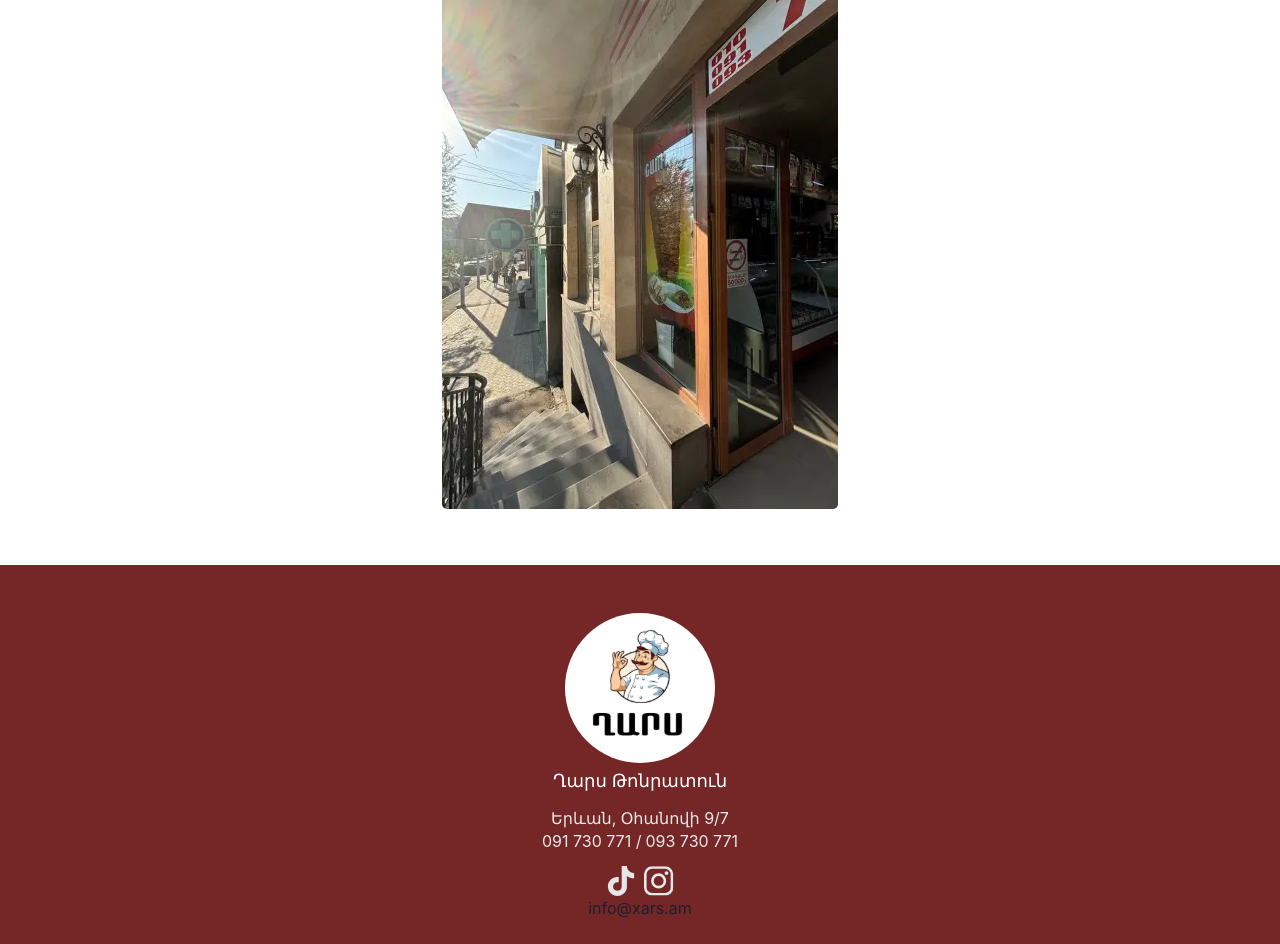
Repository: vahemar/xars
Page: /
The author's editor kept a copy of each file at every save. The page is drawn from the files as they stood at one save, then again after the next save.
The browser window is 1280 px wide. The pictures show the part of the page from y = 2454 to 3406 px (the page is 3398 px tall before and 3406 px after).
Some web fonts or font styles are not loaded; a fallback is used. Some web libraries are served in a nearby version. The project was rebuilt for these pictures with package versions that can differ from the ones it lists, and the page was loaded fresh each time. Also part of the build but not shown: vite.config.js, src/pages/Home/Delivery/index.jsx, src/pages/Menu/index.jsx.

Above is the page before, as saved 2025-06-18 00:40:06.

### index.html
<!doctype html>
<html lang="en">

<head>
  <meta charset="UTF-8" />
  <meta name="description" content="Ղարս Թոնրատուն - որակյալ սնունդ, մատչելի գներ Ղարս թոնրատանը" />
  <meta name="keywords" content="Ղարս Թոնրատուն, ձեր սիրելի թոնրատունը՝ 9, 7 Օհանովի փողոց, Երևան հասցեում" />
  <meta name="viewport" content="width=device-width, initial-scale=1.0" />
  <meta name="google-site-verification" content="C0qv3ZITlFUNR7viYanwiDDJmCASetbCN2-KpH32p_w" />
  <title>Ղարս Թոնրատուն</title>

  <link rel="icon" href="/src/assets/svg/xarslogo.svg" type="image/svg+xml" />
  <link
  rel="stylesheet"
  href="https://unpkg.com/leaflet@1.7.1/dist/leaflet.css"
/>
</head>

<body>
  <div id="root"></div>
  <script type="module" src="/src/main.jsx"></script>
</body>

</html>

### src/main.jsx
import { createRoot } from 'react-dom/client'
import App from './App.jsx'

createRoot(document.getElementById('root')).render(
  <>
    <App />
  </>
)

### src/App.jsx
import { ChakraProvider } from "@chakra-ui/react";
import { RouterProvider } from "react-router-dom";
import { router } from "./routes";
import { Analytics } from "@vercel/analytics/react";
import { Helmet, HelmetProvider } from "react-helmet-async";
import { SpeedInsights } from "@vercel/speed-insights/react";

function App() {
  return (
    <HelmetProvider>
      <ChakraProvider>
        <Helmet>
          <link rel="preload" as="font" href="/fonts/your-font.woff2" type="font/woff2" crossorigin="anonymous" />
          <title>Ղարս Թոնրատուն</title>
          <meta name="description" content="Ղարս Թոնրատուն - որակյալ սնունդ, մատչելի գներ Ղարս թոնրատանը" />
          <meta name="keywords" content="Ղարս Թոնրատուն, ձեր սիրելի թոնրատունը՝ << 9, 7 Օհանովի փողոց, Երևան >> հասցեում" />
        </Helmet>
        <SpeedInsights />
        <Analytics />
        <RouterProvider router={router} />
      </ChakraProvider>
    </HelmetProvider>
  );
}

export default App;

### src/routes/index.jsx
import React from "react";
import Home from "../pages/Home";
import { createBrowserRouter } from "react-router-dom";
import DefaultLayout from "../layouts/DefaultLayout";
import Menu from "../pages/Menu";

export const router = createBrowserRouter([
    {
        element: <DefaultLayout />,
        children: [
            {
                path: '/',
                element: <Home />,
            },
            {
                path: '/menu',
                element: <Menu />
            }
        ],
    },
]);

### src/pages/Home/index.jsx
import React from 'react'
import { Divider, Flex, Text } from '@chakra-ui/react'
import Workhours from './Workhours'
import Building from './Building'
import Delivery from './Delivery'
import Attention from './Attention'
import Location from './Location'

function Home() {
  return (
    <Flex p={2} gap={8} w={'full'} align={'center'} direction={'column'}>
      <Divider pt={8} w={'full'}  maxW={'2xl'} borderColor={'#9A9A9A'} />
      <Attention />
      <Divider pt={8} w={'full'}  maxW={'2xl'} borderColor={'#9A9A9A'} />
      <Workhours />
      <Divider w={'full'} maxW={'2xl'} borderColor={'#9A9A9A'} />
      <Flex direction={'column'} w={'full'} align={'center'}>
        <Text fontWeight={500} fontSize={'25px'} pb={10}>Տեղանքը և Առաքումը տարածքում</Text>
        <Location />
      </Flex>
      <Divider w={'full'} borderColor={'#9A9A9A'} />
      <Building />
    </Flex>
  )
}

export default Home

### src/layouts/DefaultLayout.jsx
import React from 'react'
import { Flex } from '@chakra-ui/react'
import Header from '../components/Header/Header'
import { Outlet } from 'react-router-dom'
import Footer from '../components/Footer/Footer'

function DefaultLayout() {
  return (
    <Flex w={'full'} direction={'column'}>
      <Header />
      <Outlet />
      <Footer />
    </Flex>
  )
}

export default DefaultLayout

### src/pages/Home/Workhours/index.jsx
import React from 'react'
import { Flex, Text, Divider } from '@chakra-ui/react'

function Workhours() {
    return (
        <Flex w={'full'} align={'center'} justify={'center'}>
            <Flex w={'full'} justify={'center'} gap={10} align={'center'} direction={'column'}>
                <Text fontWeight={500} fontSize={'30px'} textAlign={'center'}>ՄԵՐ ԱՇԽԱՏԱՆՔԱՅԻՆ ԺԱՄԵՐԸ</Text>
                <Flex w={'full'} align={'center'} flexWrap="wrap" justify={'center'} direction={'row'}>
                    <Flex direction={'row'} align={'center'} gap={2}>
                        <Flex direction={'column'} align={'center'} justify={'center'} m={2}>
                            <Text fontWeight={500} fontSize="17px">ԵՐԿՈՒՇԱԲԹԻ</Text>
                            <Text fontWeight={500} fontSize="18px">09:00 - 22:00</Text>
                            <Divider borderWidth={1} borderColor={'black'} />
                        </Flex>
                        <Text fontWeight={500} fontSize={'30px'}>___</Text>
                        <Flex direction={'column'} align={'center'} justify={'center'} m={2}>
                            <Text fontWeight={500} fontSize="17px">ԿԻՐԱԿԻ</Text>
                            <Text fontWeight={500} fontSize="18px">09:00 - 22:00</Text>
                            <Divider borderWidth={1} borderColor={'black'} />
                        </Flex>
                    </Flex>
                </Flex>
            </Flex>
        </Flex>
    )
}

export default Workhours;

### src/pages/Home/Building/index.jsx
import { Flex, Image, Text } from '@chakra-ui/react'
import React from 'react'
import building3 from '../../../assets/png/xarslocation3.webp'
import building2 from '../../../assets/png/xarslocation1.webp'
import building1 from '../../../assets/png/xarslocation2.webp'

function Building() {
  return (
    <Flex  pr={4} pl={4} pb={12} pt={4} w={'full'} gap={10} direction={'column'} justify={'center'} align={'center'}>
      <Flex direction={'column'} align={'center'}>
        <Text fontWeight={500} fontSize={'30px'}>ՇԻՆՈՒԹՅՈՒՆԸ</Text>
          <Flex color={'#F3E6E6'} direction={'column'}>
            <a href='https://www.google.com/maps/place/%D5%82%D5%A1%D6%80%D5%BD+%D4%B9%D5%B8%D5%B6%D6%80%D5%A1%D5%BF%D5%B8%D6%82%D5%B6+(Ghars%2FXars+Tonratun)/@40.1804887,44.4458657,18.75z/data=!4m6!3m5!1s0x406abd003d524eeb:0xdcf01adc8feb5539!8m2!3d40.1804333!4d44.4461906!16s%2Fg%2F11lmjpf67j?entry=ttu'>
              <Text fontSize={'17px'} lineHeight={'6px'} fontWeight={500} _hover={{ color: 'black' }} color={'gray'} transition={'0.2s'}>Ղարս Թոնրատուն </Text>
            </a>
          </Flex>
      </Flex>
      <Flex wrap={'wrap'} justify={'center'} direction={'row'} gap={'5px'} align={'center'}>
        <Image borderRadius={'5px'} src={building1} />
        <Image borderRadius={'5px'} src={building2} />
        <Image borderRadius={'5px'} src={building3} />
      </Flex>
    </Flex>
  )
}

export default Building

### src/pages/Home/Attention/index.jsx
import { Flex, Text } from '@chakra-ui/react'
import React from 'react'

function Attention() {
  return (
    <Flex mt={6} borderRadius={'5px'} p={4} maxW={'900px'} w={'full'} bg={'#882423'} direction={'column'} justify={'center'} align={'center'}>
        <a href='tel:099690808'>
        <Text  color={'#CACACA'} _hover={{color: 'white'}} transition={'0.2s'} textAlign={'center'} cursor={'pointer'}>ՀԱՅՏԱՐԱՐՈՒԹՅՈՒՆ՝ պահանջվում է ՍՐԱՀԻ ՀԱՎԱՔԱՐԱՐ, ցանկալի է լինի երիտասարդ՝ աշխատանքը շատ է, մինչև 35 տարեկանը, հեռ. 099 690808 </Text>
        </a>
    </Flex>
  )
}

export default Attention

### src/pages/Home/Location/index.jsx
import React from "react";
import { Flex, Image, Text } from '@chakra-ui/react'
import MapComponent from "../../../components/MapComponent/MapComponent";

const Location = () => {
    return (
        <Flex w={'full'} direction={'column'} justify={'center'} pb={2} >
            <MapComponent />
        </Flex>
    );
}

export default Location

### src/components/Footer/Footer.jsx
import React from 'react'
import { Flex, Text, Image } from '@chakra-ui/react'
import xarsImage from '../../assets/svg/xarslogo.svg'
import instagramXars from '../../assets/svg/icon-social-isnatgram.svg'
import tiktokXars from '../../assets/svg/tiktok-icon.svg'


function Footer() {
  return (
    <Flex w={'full'}>
      <Flex w={'full'} display={['none', 'none', 'none', 'flex', 'flex']} align={'center'} gap={4} direction={'column'} justify={'center'} pb={6} pt={12}  bg={'#742726'}>
        <Flex direction={'column'} gap={'4px'} align={'center'} onClick={() => window.scrollTo({ top: 0, behavior: 'smooth' })} pointerEvents={'auto'} >
          <Image src={xarsImage} cursor={'pointer'} id='#home' width={'150px'} height={'150px'} fill='#FFF' stroke='#FFF' />
          <Text fontWeight={500} color={'white'} cursor={'pointer'} fontSize={'18px'}>Ղարս Թոնրատուն</Text>
        </Flex>
        <Flex align={'center'} direction={'column'}>
          <Flex lineHeight={'17px'} align={'center'} direction={'column'} gap={'4px'}>
            <a href='https://www.google.com/maps/place/%D5%82%D5%A1%D6%80%D5%BD+%D4%B9%D5%B8%D5%B6%D6%80%D5%A1%D5%BF%D5%B8%D6%82%D5%B6+(Ghars%2FXars+Tonratun)/@40.1804887,44.4458657,18.75z/data=!4m6!3m5!1s0x406abd003d524eeb:0xdcf01adc8feb5539!8m2!3d40.1804333!4d44.4461906!16s%2Fg%2F11lmjpf67j?entry=ttu'>
              <Text _hover={{ color: 'white' }} transition={'0.2s'} color={'#E7E7E7'}>Երևան, Օհանովի 9/7</Text>
            </a>
            <Flex color={'#E7E7E7'} direction={'column'} gap={2} pt={'2px'} align={'center'}>
              {/* <Text>Հեռախոսահամար.</Text> */}
              <Flex direction={'row'}gap={'4px'}>
              <a href='tel:+091730771'>
                <Text _hover={{ color: 'white' }} transition={'0.2s'} as='span'>091 730 771 /</Text>
              </a>
              <a href='tel:+093730771'>
                <Text _hover={{ color: 'white' }} transition={'0.2s'} as='span'>093 730 771</Text>
              </a>
              </Flex>

            </Flex>
          </Flex>
          <Flex pt={4} gap={2}>
            <Image src={tiktokXars} width={'30px'} height={'30px'} cursor={'pointer'} onClick={() => window.open('https://www.tiktok.com/@xarstonratun', '_blank')}/>
            <Image src={instagramXars} width={'30px'} height={'30px'} cursor={'pointer'} onClick={() => window.open('https://www.instagram.com/xarstonratun', '_blank')}/>
          </Flex>
          <Flex>
            <Text _hover={{ color: 'white' }} cursor={'pointer'} transition={'0.2s'} as={'span'}>info@xars.am</Text>
          </Flex>
        </Flex>
      </Flex>
      <Flex w={'full'} display={['flex', 'flex', 'flex', 'none', 'none']} align={'center'} gap={4} direction={'column'} justify={'center'} pr={6} pl={4} pb={6} pt={8} bg={'#742726'}>
      <Flex direction={'column'} gap={'4px'} align={'center'} onClick={() => window.scrollTo({ top: 0, behavior: 'smooth' })} pointerEvents={'auto'} >
          <Image src={xarsImage} cursor={'pointer'} id='#home' width={'120px'} height={'120px'} fill='#FFF' stroke='#FFF' />
          <Text fontWeight={500} color={'white'} cursor={'pointer'} fontSize={'18px'}>Ղարս Թոնրատուն</Text>
        </Flex>
        <Flex align={'center'} direction={'column'}>
          <Flex lineHeight={'17px'} align={'center'} direction={'column'} gap={2}>
            <a href='https://www.google.com/maps/place/%D5%82%D5%A1%D6%80%D5%BD+%D4%B9%D5%B8%D5%B6%D6%80%D5%A1%D5%BF%D5%B8%D6%82%D5%B6+(Ghars%2FXars+Tonratun)/@40.1804887,44.4458657,18.75z/data=!4m6!3m5!1s0x406abd003d524eeb:0xdcf01adc8feb5539!8m2!3d40.1804333!4d44.4461906!16s%2Fg%2F11lmjpf67j?entry=ttu'>
              <Text _hover={{ color: 'white' }} transition={'0.2s'} color={'#E7E7E7'}>Երևան, Օհանովի 9/7</Text>
            </a>
            <Flex color={'#E7E7E7'} direction={'column'} gap={'2px'} align={'center'} justify={'center'}>
              <a href='tel:+091730771'>
                <Text _hover={{ color: 'white' }} transition={'0.2s'} as='span'>091 730 771 </Text>
              </a>
              <a href='tel:+093730771'>
                <Text _hover={{ color: 'white' }} transition={'0.2s'} as='span'>093 730 771</Text>
              </a>
            </Flex>
          </Flex>
          <Flex pt={4} direction='row' gap={2} align={'center'}>
          <Image src={tiktokXars} width={'30px'} height={'30px'} cursor={'pointer'} onClick={() => window.open('https://www.tiktok.com/@xarstonratun', '_blank')}/>
            <Image src={instagramXars} width={'30px'} height={'30px'} cursor={'pointer'} onClick={() => window.open('https://www.instagram.com/xarstonratun', '_blank')}/>
          </Flex>
        </Flex>
      </Flex>
    </Flex>
  )
}

export default Footer

### src/components/MapComponent/MapComponent.jsx
import React, { useEffect, useState } from 'react';
import L from 'leaflet';
import 'leaflet/dist/leaflet.css';


const MapComponent = () => {
    const [mapInteractionsEnabled, setMapInteractionsEnabled] = useState(false);
    const mapRef = React.useRef(null);
    const [hovering, setHovering] = useState(false); // Track hover state
    useEffect(() => {
        if (!mapRef.current) {
            console.log('Initializing map...');
            const map = L.map('map', { attributionControl: false }).setView([40.1804333, 44.4461906], 13);

            if (map) {
                console.log('Map initialized successfully.');
            } else {
                console.log('Map initialization failed.');
            }

            const redMarker = L.divIcon({
                className: 'custom-red-marker',
                html: '<div style="width: 10px; height: 10px; background-color: #621817; border-radius: 30%;"></div>',
                iconSize: [10, 10],
                iconAnchor: [5, 8]
            });

            L.tileLayer('https://{s}.tile.openstreetmap.org/{z}/{x}/{y}.png', {
                attribution: '&copy; <a href="https://www.openstreetmap.org/copyright">OpenStreetMap</a> contributors'
            }).addTo(map);

            L.marker([40.1804333, 44.4461906], { icon: redMarker })
                .addTo(map)
                .bindTooltip('<b>Ղարս Թոնրատուն</b>', {
                    permanent: true,
                    direction: 'top',
                    className: 'custom-tooltip'
                })
                .openTooltip();

            // Add circle
            L.circle([40.1816664, 44.4361517], {
                color: '#621817',
                fillColor: '#742726',
                fillOpacity: 0.3,
                radius: 1550
            }).addTo(map);

            mapRef.current = map;
        }

        return () => {
            if (mapRef.current) {
                mapRef.current.remove();
                mapRef.current = null; // Clean up reference
            }
        };
    }, []);

    // Enable or disable map interactions
    const toggleMapInteractions = () => {
        setMapInteractionsEnabled((prev) => !prev);
    };

    // Enable or disable map interactions based on state
    useEffect(() => {
        if (mapRef.current) {
            const map = mapRef.current;
            if (mapInteractionsEnabled) {
                map.dragging.enable();
                map.scrollWheelZoom.enable();
                map.touchZoom.enable();
                map.doubleClickZoom.enable();
            } else {
                map.dragging.disable();
                map.scrollWheelZoom.disable();
                map.touchZoom.disable();
                map.doubleClickZoom.disable();
            }
        }
    }, [mapInteractionsEnabled]);

    return (
        <div style={{ position: 'relative' }}>
            {/* Overlay for hover effect */}
            <div
                id="map-overlay"
                style={{
                    position: 'absolute',
                    top: 0,
                    left: 0,
                    right: 0,
                    bottom: 0,
                    backgroundColor: 'rgba(0, 0, 0, 0.3)', // Dark overlay effect
                    opacity: mapInteractionsEnabled ? 0 : hovering ? 1 : 0, // Disable hover effect when interactions are enabled
                    transition: 'opacity 0.3s ease', // Smooth transition
                    pointerEvents: 'none', // Allow clicking through the overlay
                    zIndex: 999, // Overlay above map
                }}
            ></div>

            {/* Button to toggle map interactions */}
            <button
                className="interact-button"
                onClick={toggleMapInteractions}
                style={{
                    position: 'absolute',
                    top: '10px',
                    left: '50%',
                    transform: 'translateX(-50%)', // Center button horizontally
                    backgroundColor: '#742726',
                    color: 'white',
                    padding: '10px',
                    border: 'none',
                    borderRadius: '5px',
                    cursor: 'pointer',
                    zIndex: '1000',
                    opacity: hovering ? 1 : 0, // Show button when hovering over the map
                    transition: 'opacity 0.3s ease', // Smooth transition for visibility
                }}
                id="interactButton"
                onMouseEnter={() => setHovering(true)} // Keep hovering true when hovering over the button
                onMouseLeave={() => setHovering(false)} // Stop hovering when leaving the button
            >
                {mapInteractionsEnabled ? 'Չփոխազդել' : 'Փոխազդել '}
            </button>

            {/* Map Container */}
            <div
                id="map"
                style={{
                    height: '430px',
                    width: '100%',
                    position: 'relative',
                    cursor: 'pointer',
                }}
                onMouseEnter={() => setHovering(true)} // Show overlay and button on hover
                onMouseLeave={() => setHovering(false)} // Hide overlay and button when hover ends
            ></div>
        </div>
    );
};

export default MapComponent;

Loaded but not shown: src/constants/constants.jsx (238 lines, source omitted); src/components/Header/Header.jsx (141 lines, source omitted)

After the next save:
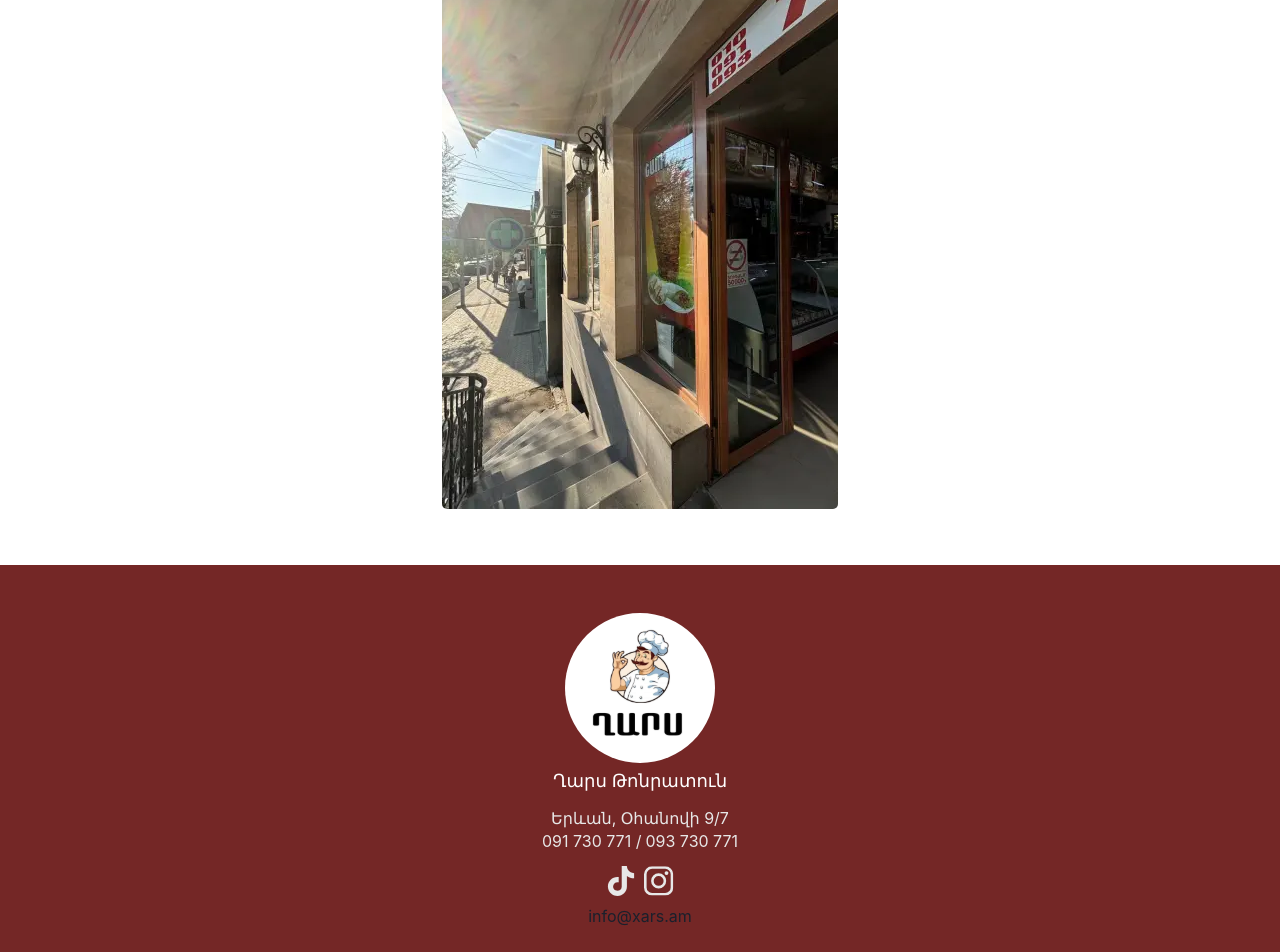
Saved 9 s later.
--- a/src/components/Footer/Footer.jsx
+++ b/src/components/Footer/Footer.jsx
@@ -35,7 +35,7 @@ function Footer() {
             <Image src={tiktokXars} width={'30px'} height={'30px'} cursor={'pointer'} onClick={() => window.open('https://www.tiktok.com/@xarstonratun', '_blank')}/>
             <Image src={instagramXars} width={'30px'} height={'30px'} cursor={'pointer'} onClick={() => window.open('https://www.instagram.com/xarstonratun', '_blank')}/>
           </Flex>
-          <Flex>
+          <Flex pt={2}>
             <Text _hover={{ color: 'white' }} cursor={'pointer'} transition={'0.2s'} as={'span'}>info@xars.am</Text>
           </Flex>
         </Flex>
